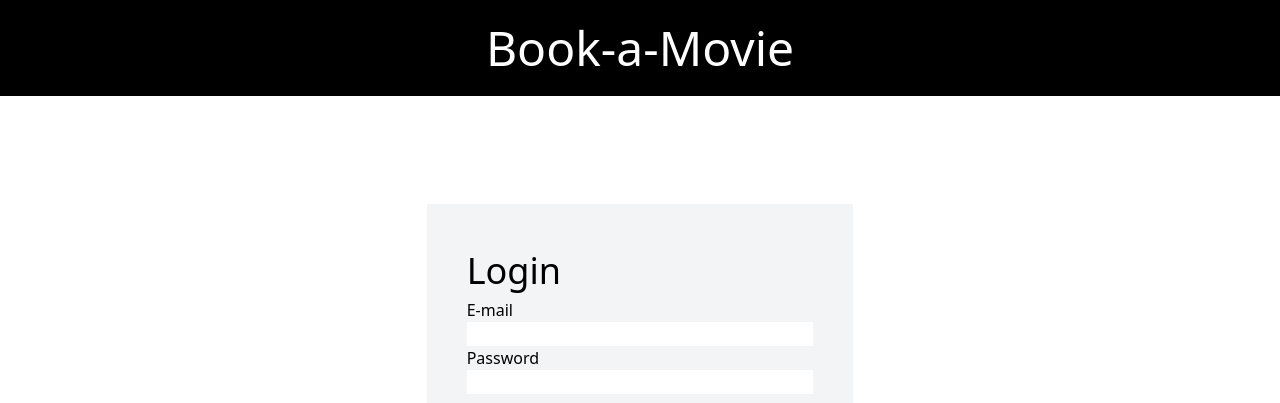
Repository: BhumilModi/movie-booking-app-assignment
Page: /
The author's editor kept a copy of each file at every save. The page is drawn from the files as they stood at one save, then again after the next save.
The browser window is 1280 px wide. The pictures show the whole page.
The project was rebuilt for these pictures with package versions that can differ from the ones it lists, and the page was loaded fresh each time. Also part of the build but not shown: src/App.css.

Above is the page before, as saved 2022-11-29 18:10:57.

After the next save:
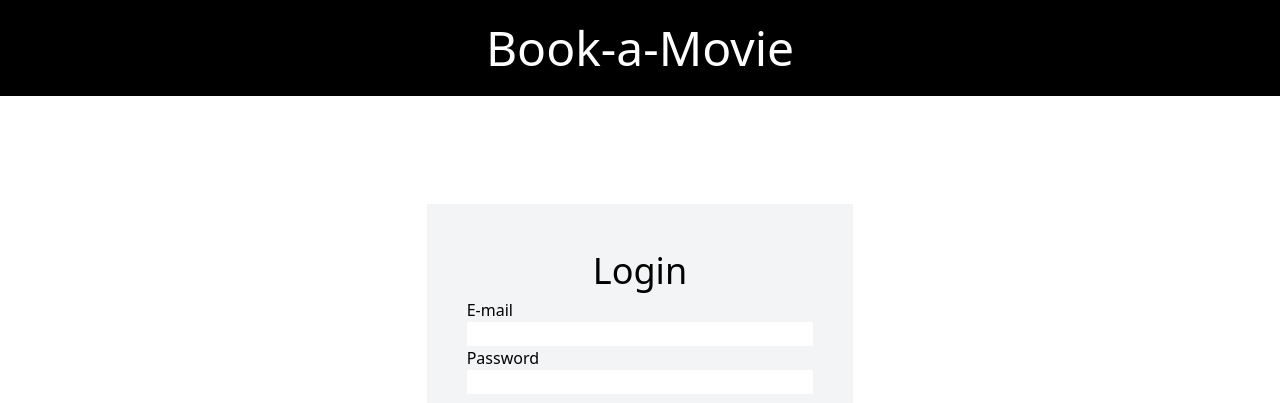
Saved 13 s later.
--- a/src/components/Login.jsx
+++ b/src/components/Login.jsx
@@ -6,7 +6,7 @@ function Login() {
     <div className="flex flex-col justify-center items-center">
       <Navbar />
       <div className="h-[40vh] bg-gray-100 w-1/3 my-[15vh] flex flex-col p-[40px]">
-        <div className="text-[36px]">Login</div>
+        <div className="text-[36px] mx-auto">Login</div>
         <div>E-mail</div>
         <input type="text" />
         <div>Password</div>
